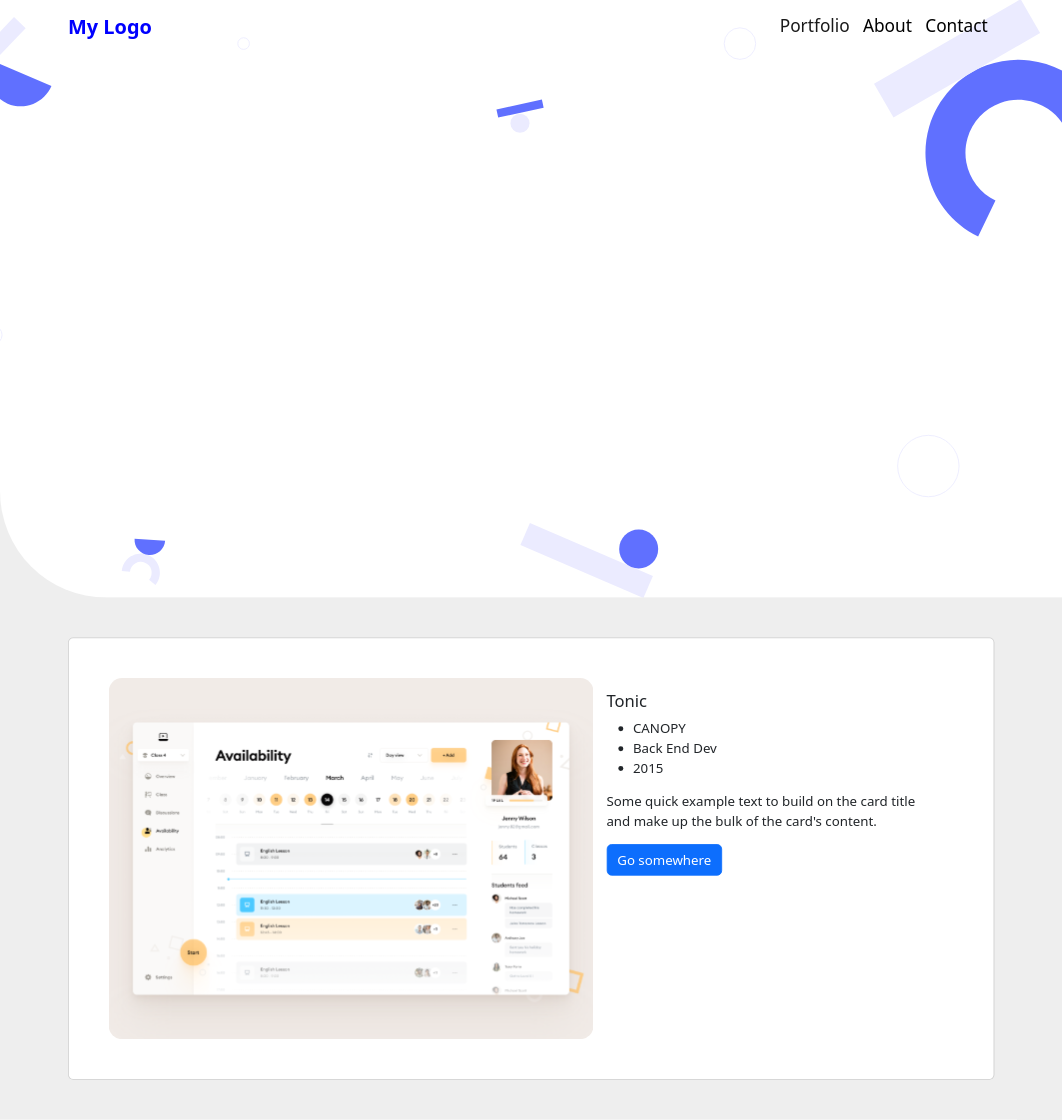
Repository: waelelsafty07/Bootstrap-Portfolio
Page: index.html
An editor plug-in stored every save of this project. The page is shown before and after the next save, followed by the edit.
The browser window is 1280 px wide. The pictures show the whole page, at 83% of full size.

Above is the page before, as saved 2023-04-04 16:24:23.

After the next save:
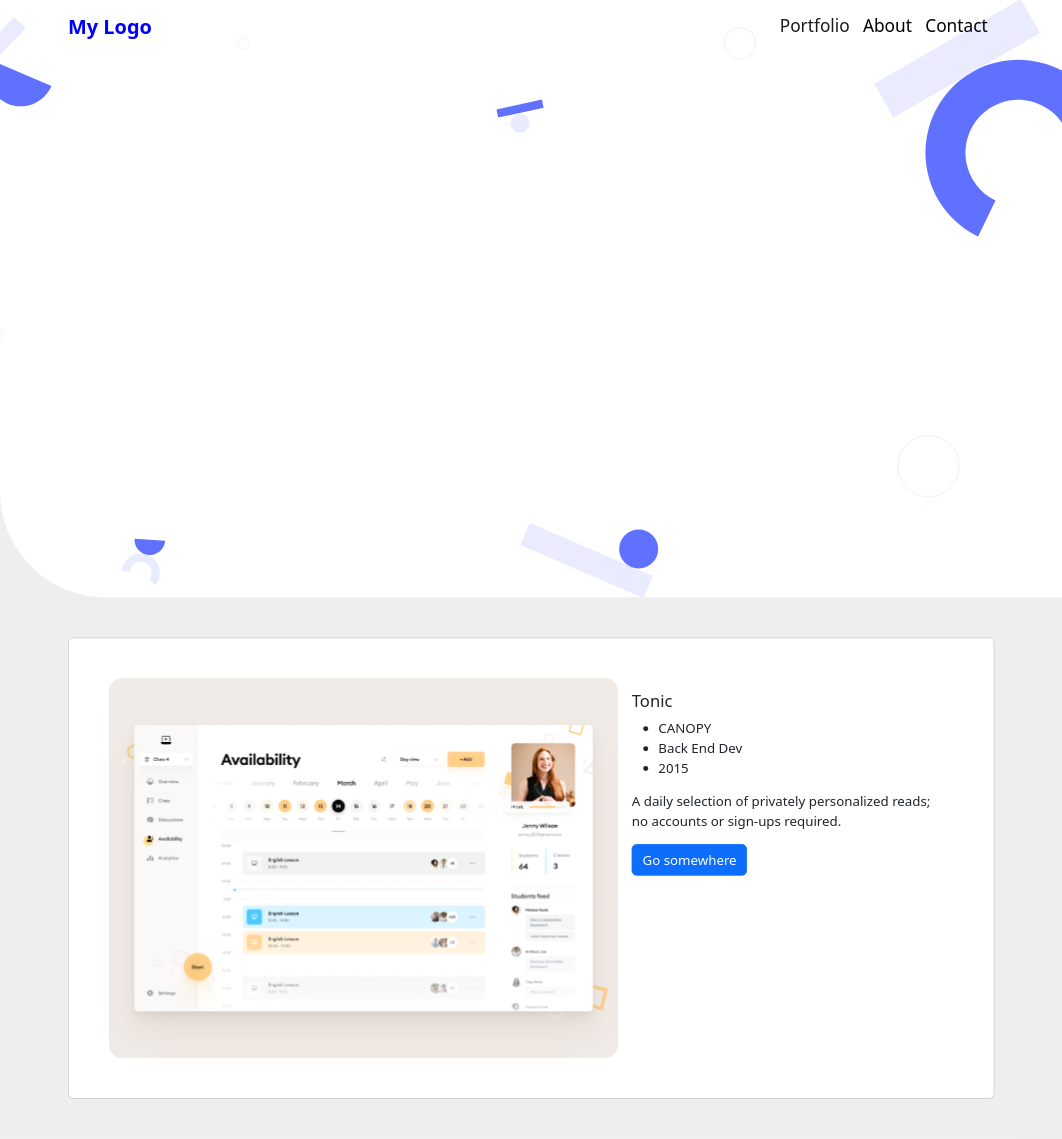
Saved 21 s later.
--- a/index.html
+++ b/index.html
@@ -44,7 +44,7 @@
                 <li>Back End Dev</li>
                 <li>2015</li>
               </ul>
-              <p class="card-text">Some quick example text to build on the card title and make up the bulk of the card's content.</p>
+              <p class="card-text">A daily selection of privately personalized reads; no accounts or sign-ups required.</p>
               <a href="#" class="btn btn-primary">Go somewhere</a>
             </div>
           </div>
